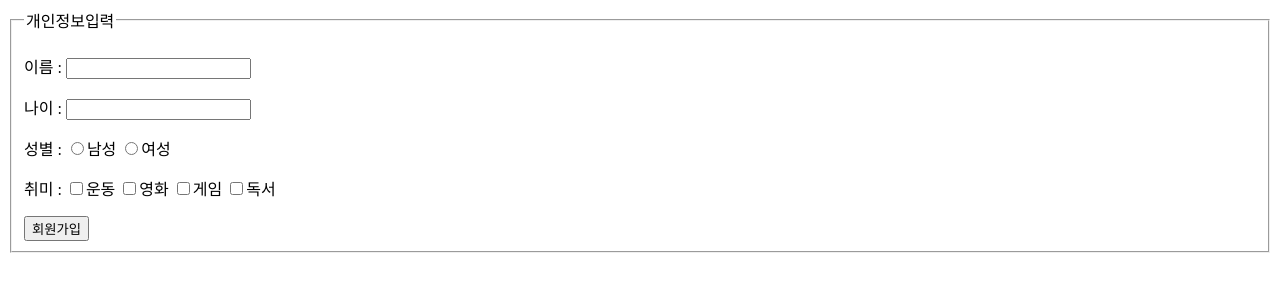
Repository: wjsjsn/23_jspstudy
Page: http://localhost/02_jsp/view/ex06_request_parameter.jsp
These files come from the project's save history. The page is drawn as it stood at one moment and after the next save; the edit follows.
The browser window is 1280 px wide. The pictures show the whole page.
The page is served by Tomcat 9.

Above is the page before, as saved 2023-07-04 03:12:57.

After the next save:
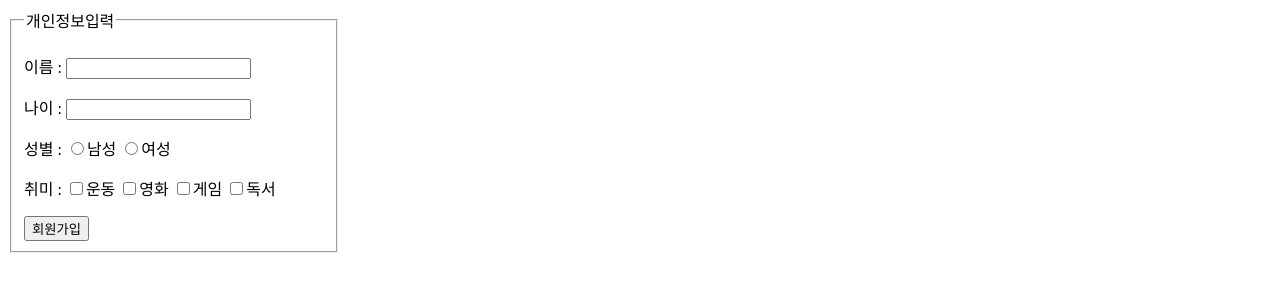
Saved 32 s later.
--- a/02_jsp/src/main/webapp/view/ex06_request_parameter.jsp
+++ b/02_jsp/src/main/webapp/view/ex06_request_parameter.jsp
@@ -5,6 +5,11 @@
 <head>
 <meta charset="UTF-8">
 <title></title>
+<style type="text/css">
+	fieldset {
+	width: 300px;
+}
+</style>
 </head>
 <body>
 <form action="ex06_result.jsp" method="get">
